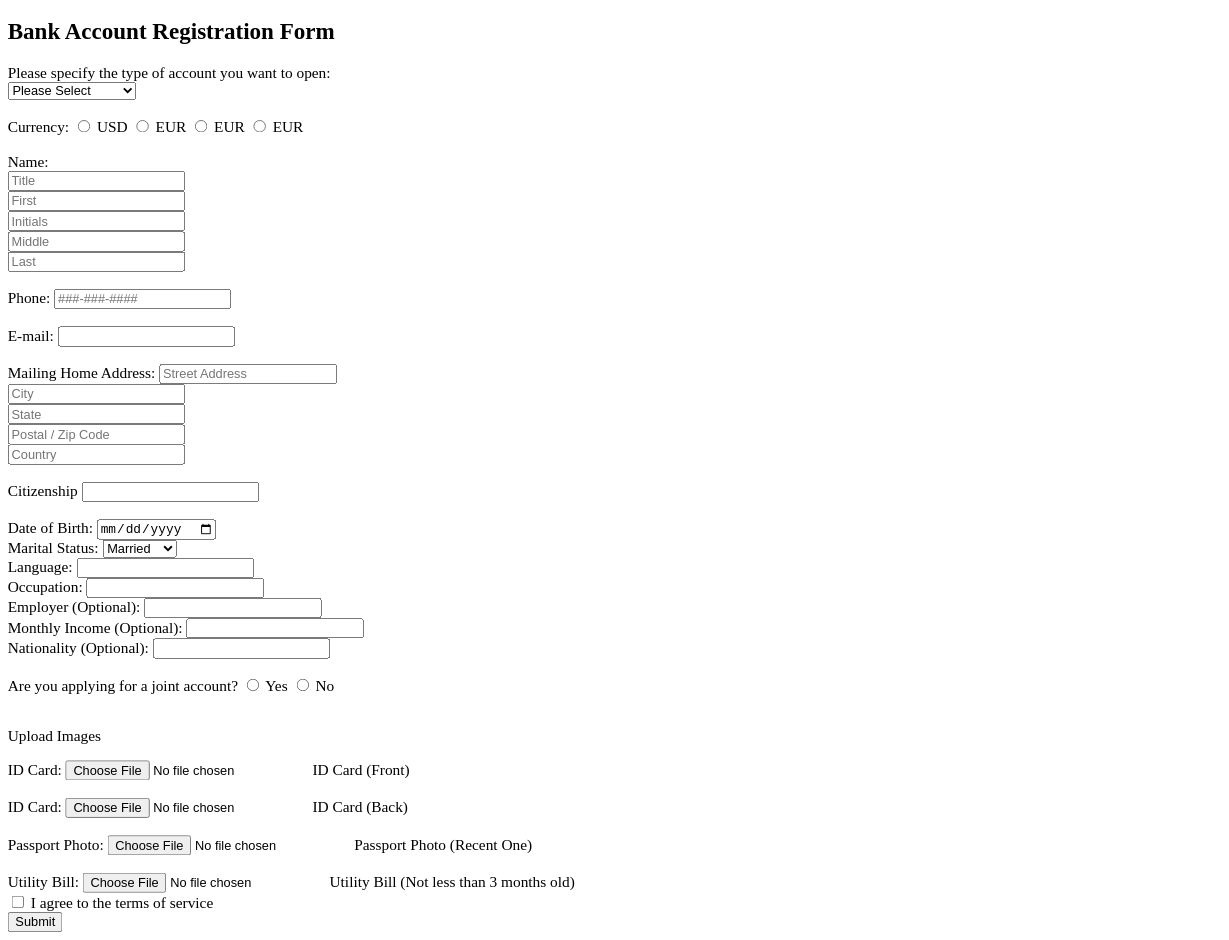
Repository: hizeetech/First-Assignment
Page: sign_up.html
These files come from the project's save history. The page is drawn as it stood at one moment and after a run of saves; the edit follows.
The browser window is 1280 px wide. The pictures show the whole page, at 96% of full size.

Above is the page before, as saved 2024-11-09 02:47:26.

### sign_up.html
<!DOCTYPE html>
<html lang="en">
<head>
    <meta charset="UTF-8">
    <meta name="viewport" content="width=device-width, initial-scale=1.0">
    <title>Bank Account Registration Form</title>

</head>
<body>

<div>
    <h2>Bank Account Registration Form</h2>
    <form action="#" method="post">

        <div>
            <label for="account-type">Please specify the type of account you want to open:</label><br>
            <select id="account-type" name="account_type" required>
                <option value="">Please Select</option>
                <option value="savings">Savings Account</option>
                <option value="current">Current Account</option>
                <option value="corporate">Corporate Account</option>
            </select>
        </div>
        <br>
        <div>
            <label>Currency:</label>
            <label><input type="radio" name="currency" value="NGN" required> USD</label>
            <label><input type="radio" name="currency" value="USD"> EUR</label>
            <label><input type="radio" name="currency" value="EUR"> EUR</label>
            <label><input type="radio" name="currency" value="POUNDS"> EUR</label>
        </div>
        <br>
        <div>
            <label for="title">Name:</label>
            <div class="inline"><input type="text" id="title" name="title" placeholder="Title"></div>
            <div class="inline"><input type="text" name="first_name" placeholder="First" required></div>
            <div class="inline"><input type="text" name="initials" placeholder="Initials"></div>
            <div class="inline"><input type="text" name="middle_name" placeholder="Middle"></div>
            <input type="text" name="last_name" placeholder="Last" required>
        </div>
        <br>
        <div>
            <label for="phone">Phone:</label>
            <input type="tel" id="phone" name="phone" placeholder="###-###-####" required>
        </div>
        <br>
        <div>
            <label for="email">E-mail:</label>
            <input type="email" id="email" name="email" required>
        </div>
        <br>
        <div>
            <label for="address">Mailing Home Address:</label>
            <input type="text" id="address" name="address" placeholder="Street Address" required>
            <div class="inline"><input type="text" name="city" placeholder="City" required></div>
            <div class="inline"><input type="text" name="state" placeholder="State" required></div>
            <div class="inline"><input type="text" name="postal_code" placeholder="Postal / Zip Code" required></div>
            <input type="text" name="country" placeholder="Country" required>
        </div>
        <br>
        <div>
            <label for="citizenship">Citizenship</label>
            <input type="citizenship" id="citizenship" name="citizenship" required>
        </div>
        <br>
        <div>
            <label for="dob">Date of Birth:</label>
            <input type="date" id="dob" name="dob" required>
        </div>

        <div>
            <label for="marital-status">Marital Status:</label>
            <select id="marital-status" name="marital_status" required>
                <option value="married">Married</option>
                <option value="single">Single</option>
                <option value="divorced">Divorced</option>
                <option value="widowed">Widowed</option>
            </select>
        </div>

        <div>
            <label for="language">Language:</label>
            <input type="text" id="language" name="language" required>
        </div>
        <div>
            <label for="occupation">Occupation:</label>
            <input type="text" id="occupation" name="occupation" required>
        </div>
        <div>
            <label for="employer">Employer (Optional):</label>
            <input type="text" id="employer" name="employer">
        </div>
        <div>
            <label for="income">Monthly Income (Optional):</label>
            <input type="text" id="income" name="monthly_income">
        </div>


        <div>
            <label for="nationality">Nationality (Optional):</label>
            <input type="text" id="nationality" name="nationality">
        </div>
        <br>
        <div>
            <label>Are you applying for a joint account?</label>
            <label><input type="radio" name="joint_account" value="yes"> Yes</label>
            <label><input type="radio" name="joint_account" value="no"> No</label>
        </div>
        <br>
        <div>
            <p>Upload Images</p>
            <label for="id_card">ID Card:</label>
            <input type="file" accept="image/png, image/jpg, image/jpeg, image/webp, image/gif">
            <label for="id-card">ID Card (Front)</label><br><br>
            <label for="id_card">ID Card:</label>
            <input type="file" accept="image/png, image/jpg, image/jpeg, image/webp, image/gif">
            <label for="id-card">ID Card (Back)</label><br><br>
            <label for="passportPhoto">Passport Photo:</label>
            <input type="file" accept="image/png, image/jpg, image/jpeg, image/webp, image/gif">
            <label for="id-card">Passport Photo (Recent One)</label><br><br>
            <label for="utility_bill">Utility Bill:</label>
            <input type="file" accept="image/png, image/jpg, image/jpeg, image/webp, image/gif">
            <label for="id-card">Utility Bill (Not less than 3 months old)</label>
        </div>

        <div>
            <input type="checkbox" id="terms" name="terms" required>
            <label for="terms">I agree to the terms of service</a></label>
        </div>



        <button type="submit" class="submit-btn">Submit</button>
    </form>
</div>

</body>
</html>

After the next 4 saves:
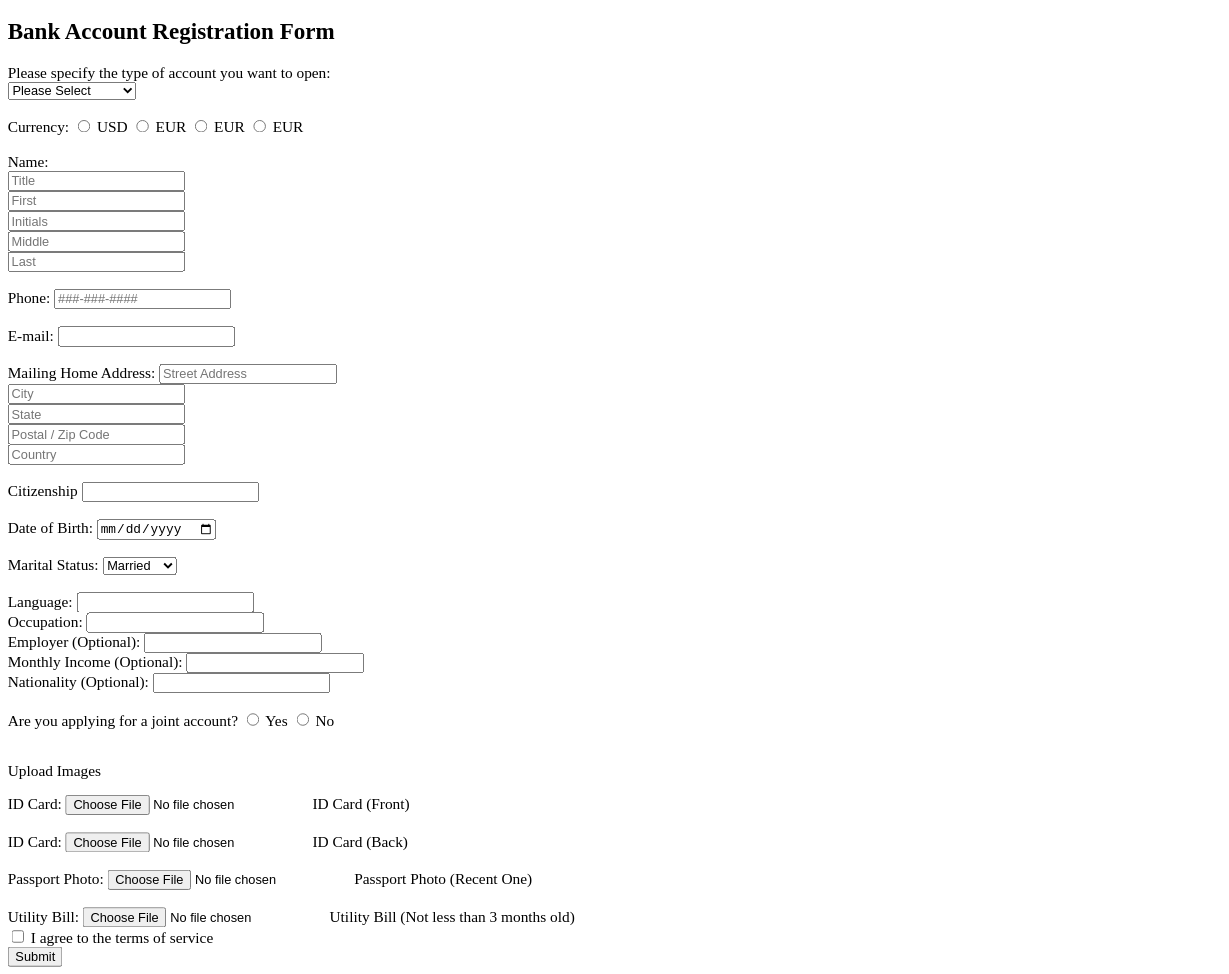
The 4 saves are shown as one change because they came seconds apart.
The last was saved 12 s later.
--- a/sign_up.html
+++ b/sign_up.html
@@ -67,7 +67,7 @@
             <label for="dob">Date of Birth:</label>
             <input type="date" id="dob" name="dob" required>
         </div>
-
+        <br>
         <div>
             <label for="marital-status">Marital Status:</label>
             <select id="marital-status" name="marital_status" required>
@@ -77,7 +77,7 @@
                 <option value="widowed">Widowed</option>
             </select>
         </div>
-
+        <br>
         <div>
             <label for="language">Language:</label>
             <input type="text" id="language" name="language" required>
